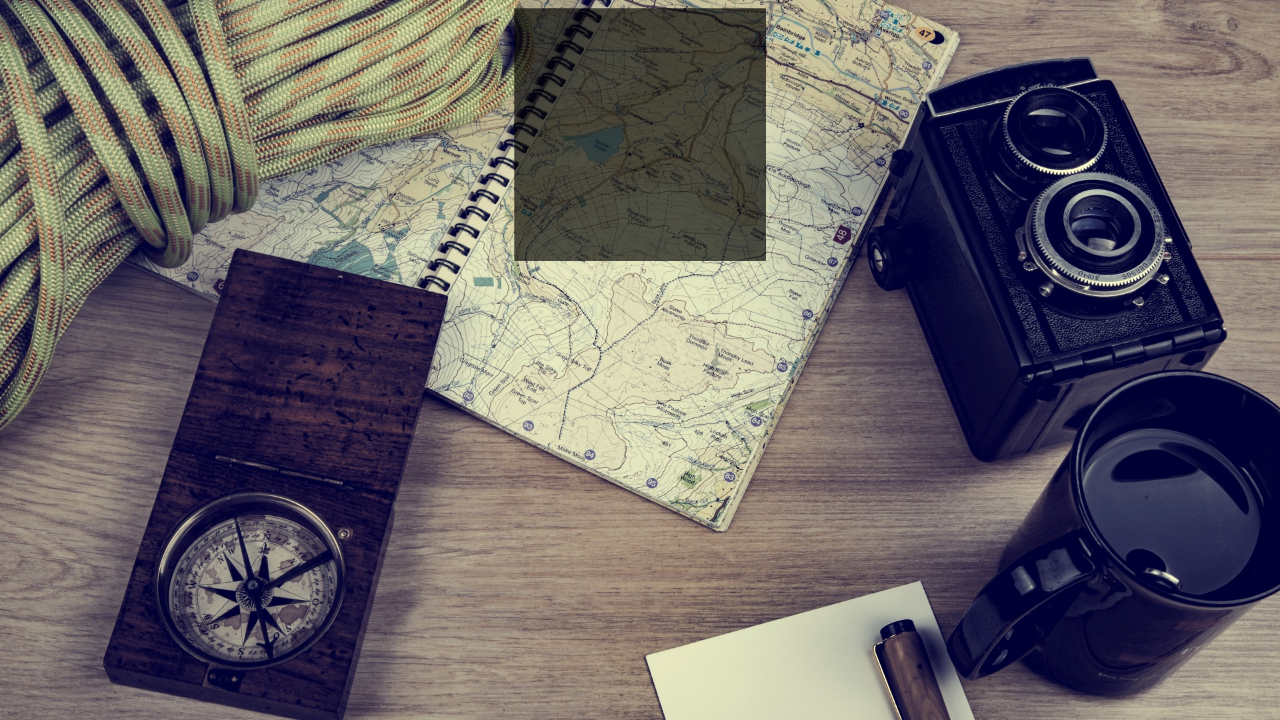
Repository: minkyung0421/jsp_travel_project
Page: http://localhost/Travel_Project/loginForm.jsp
An editor plug-in stored every save of this project. The page is shown before and after the next save, followed by the edit.
The browser window is 1280 px wide. The pictures show the whole page.
The page is served by Tomcat 9.

Above is the page before, as saved 2018-08-20 01:45:52.

After the next save:
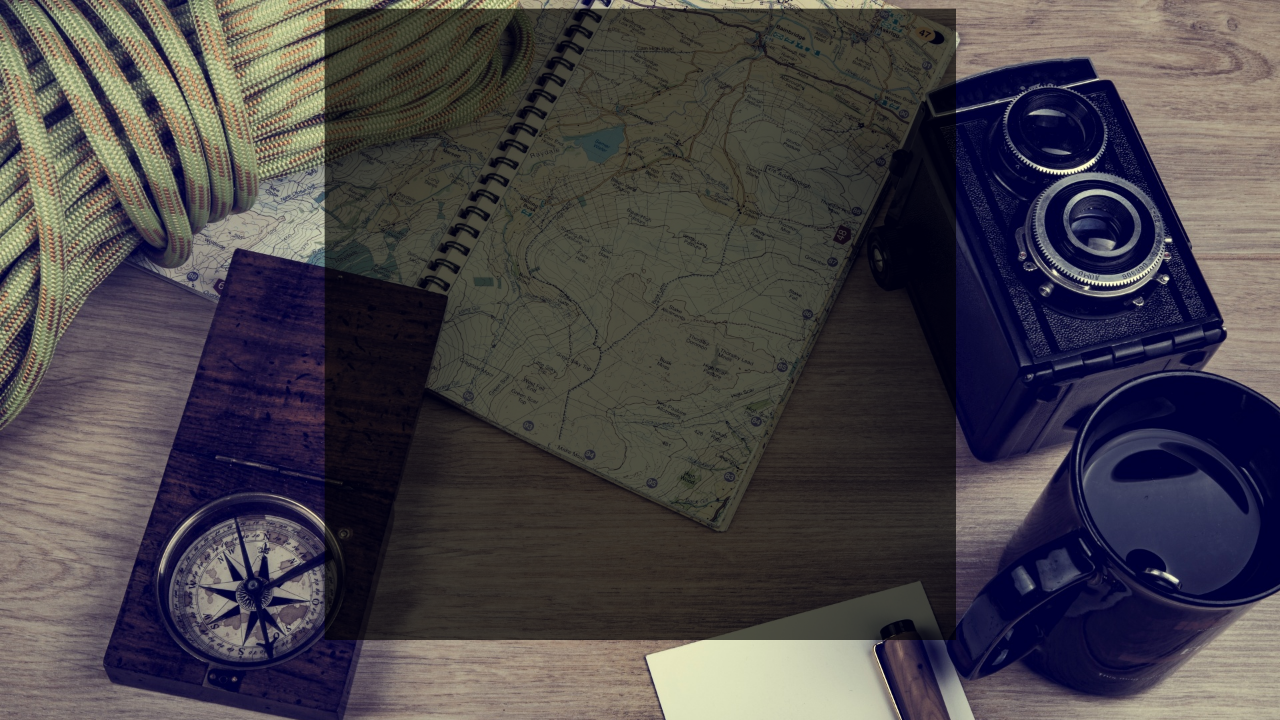
Saved 7 s later.
--- a/jsp_travel_project/Travel_Project/WebContent/loginForm.jsp
+++ b/jsp_travel_project/Travel_Project/WebContent/loginForm.jsp
@@ -15,7 +15,7 @@
 </style>
 <body>
 	<center>
-		<img src = "image/travel2_login.png" width="20%" height = "20%">
+		<img src = "image/travel2_login.png" width="50%" height = "50%">
 	</center>
 </body>
 </html>
